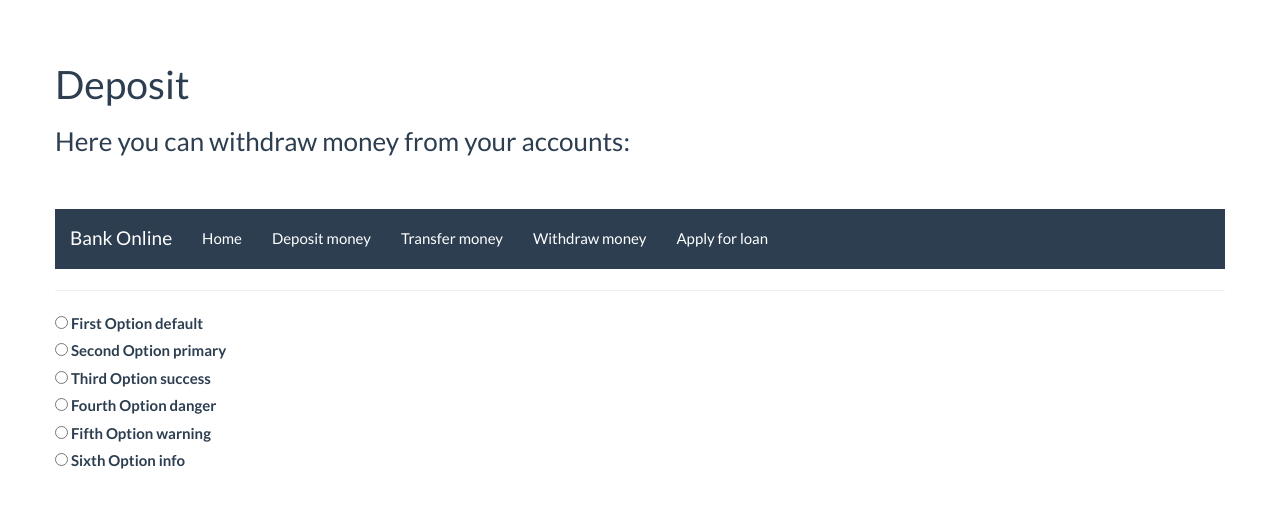
Repository: klitusas/SpringMVCBanking
Page: http://localhost/confirmation
The author's editor kept a copy of each file at every save. The page is drawn from the files as they stood at one save, then again after the next save.
The browser window is 1280 px wide. The pictures show the whole page.
The page is this project's Thymeleaf template; nobody is signed in. The template is opened directly, without the code that normally fills it, so the values that code supplies are empty.

Above is the page before, as saved 2017-03-01 20:08:51.

### banking/src/main/resources/templates/confirmation.html
<!DOCTYPE HTML>
<html xmlns:th="http://www.thymeleaf.org">
<head>
    <title>Bank Online</title>
    <meta http-equiv="Content-Type" content="text/html; charset=UTF-8" />

	<link rel="stylesheet" href="/bootstrap.min.css" media="screen"/>
</head>
<body>
	<div class="container">
      <div class="page-header" id="banner">
        <div class="row">
          <div>
			<h1>Deposit</h1>
			<h3>Here you can withdraw money from your accounts: </h3>
			<br/>
			<br/>
			<nav class="navbar navbar-default navbar-static-top">
 				 <div class="container">
			  			<div class="navbar-header">
					      <a class="navbar-brand" href="#">Bank Online</a>
					    </div>
					    <ul class="nav navbar-nav">
					      <li><a th:href="@{/accounts}">Home</a></li>
					      <li><a  th:href="@{/deposit}">Deposit money</a></li>
					      <li><a th:href="@{/transfer}">Transfer money</a></li>
					      <li><a th:href="@{/withdraw}">Withdraw money</a></li>
					      <li><a th:href="@{/loans}">Apply for loan</a></li>
					    </ul>
 				 </div>
			</nav>
				<hr/>
            <form class="form-horizontal" th:action="@{/loans}"  method="post" enctype="multipart/form-data" >
				    <div class="funkyradio">
				        <div class="funkyradio-default">
				            <input type="radio" name="radio" id="radio1" />
				            <label for="radio1">First Option default</label>
				        </div>
				        <div class="funkyradio-primary">
				            <input type="radio" name="radio" id="radio2"/>
				            <label for="radio2">Second Option primary</label>
				        </div>
				        <div class="funkyradio-success">
				            <input type="radio" name="radio" id="radio3" />
				            <label for="radio3">Third Option success</label>
				        </div>
				        <div class="funkyradio-danger">
				            <input type="radio" name="radio" id="radio4" />
				            <label for="radio4">Fourth Option danger</label>
				        </div>
				        <div class="funkyradio-warning">
				            <input type="radio" name="radio" id="radio5" />
				            <label for="radio5">Fifth Option warning</label>
				        </div>
				        <div class="funkyradio-info">
				            <input type="radio" name="radio" id="radio6" />
				            <label for="radio6">Sixth Option info</label>
				        </div>
				    </div>
            </form>
			</div>
		</div>
	</div>
</div>
</body>
</html>

Loaded but not shown: banking/src/main/resources/static/bootstrap.min.css (library)

After the next save:
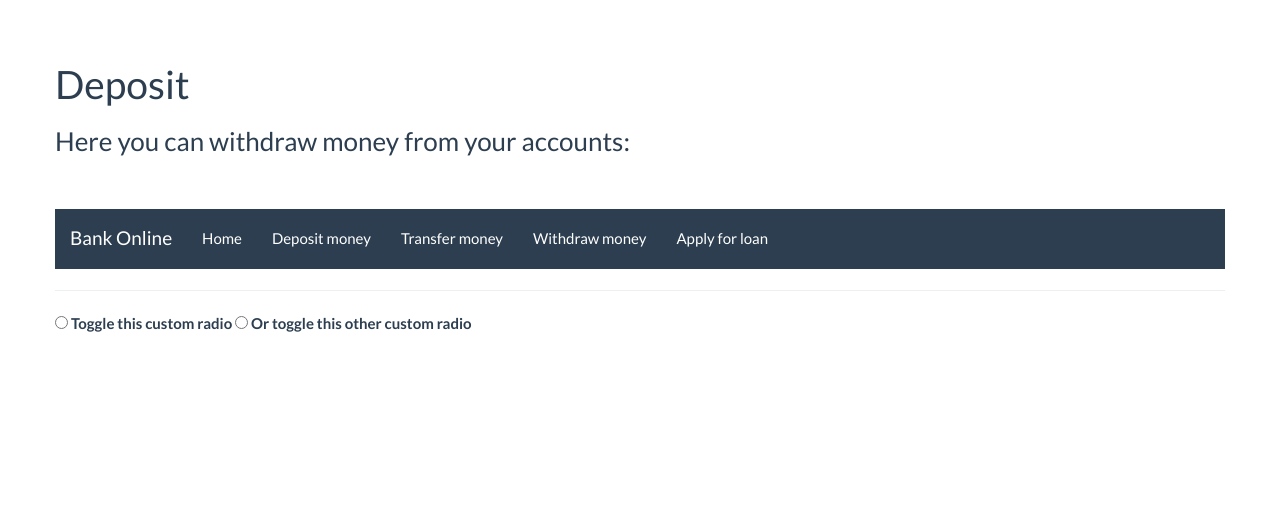
Saved 100 s later.
--- a/banking/src/main/resources/templates/confirmation.html
+++ b/banking/src/main/resources/templates/confirmation.html
@@ -31,32 +31,18 @@
 			</nav>
 				<hr/>
             <form class="form-horizontal" th:action="@{/loans}"  method="post" enctype="multipart/form-data" >
-				    <div class="funkyradio">
-				        <div class="funkyradio-default">
-				            <input type="radio" name="radio" id="radio1" />
-				            <label for="radio1">First Option default</label>
-				        </div>
-				        <div class="funkyradio-primary">
-				            <input type="radio" name="radio" id="radio2"/>
-				            <label for="radio2">Second Option primary</label>
-				        </div>
-				        <div class="funkyradio-success">
-				            <input type="radio" name="radio" id="radio3" />
-				            <label for="radio3">Third Option success</label>
-				        </div>
-				        <div class="funkyradio-danger">
-				            <input type="radio" name="radio" id="radio4" />
-				            <label for="radio4">Fourth Option danger</label>
-				        </div>
-				        <div class="funkyradio-warning">
-				            <input type="radio" name="radio" id="radio5" />
-				            <label for="radio5">Fifth Option warning</label>
-				        </div>
-				        <div class="funkyradio-info">
-				            <input type="radio" name="radio" id="radio6" />
-				            <label for="radio6">Sixth Option info</label>
-				        </div>
-				    </div>
+				<div class="custom-controls-stacked">
+				  <label class="custom-control custom-radio">
+				    <input id="radioStacked1" name="radio-stacked" type="radio" class="custom-control-input">
+				    <span class="custom-control-indicator"></span>
+				    <span class="custom-control-description">Toggle this custom radio</span>
+				  </label>
+				  <label class="custom-control custom-radio">
+				    <input id="radioStacked2" name="radio-stacked" type="radio" class="custom-control-input">
+				    <span class="custom-control-indicator"></span>
+				    <span class="custom-control-description">Or toggle this other custom radio</span>
+				  </label>
+				</div>
             </form>
 			</div>
 		</div>

After the 3 saves that followed:
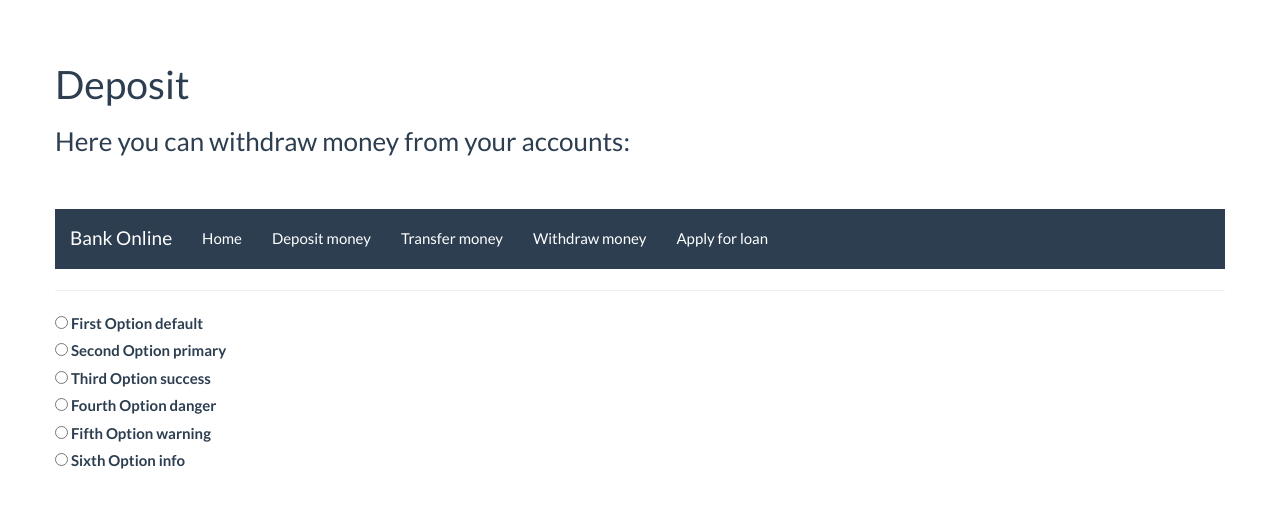
The 3 saves are shown as one change because 2 left the picture as it was.
The last was saved 94 s later.
--- a/banking/src/main/resources/templates/confirmation.html
+++ b/banking/src/main/resources/templates/confirmation.html
@@ -31,18 +31,32 @@
 			</nav>
 				<hr/>
             <form class="form-horizontal" th:action="@{/loans}"  method="post" enctype="multipart/form-data" >
-				<div class="custom-controls-stacked">
-				  <label class="custom-control custom-radio">
-				    <input id="radioStacked1" name="radio-stacked" type="radio" class="custom-control-input">
-				    <span class="custom-control-indicator"></span>
-				    <span class="custom-control-description">Toggle this custom radio</span>
-				  </label>
-				  <label class="custom-control custom-radio">
-				    <input id="radioStacked2" name="radio-stacked" type="radio" class="custom-control-input">
-				    <span class="custom-control-indicator"></span>
-				    <span class="custom-control-description">Or toggle this other custom radio</span>
-				  </label>
-				</div>
+				    <div class="funkyradio">
+				        <div class="funkyradio-default">
+				            <input type="radio" name="radio" id="radio1" />
+				            <label for="radio1">First Option default</label>
+				        </div>
+				        <div class="funkyradio-primary">
+				            <input type="radio" name="radio" id="radio2"/>
+				            <label for="radio2">Second Option primary</label>
+				        </div>
+				        <div class="funkyradio-success">
+				            <input type="radio" name="radio" id="radio3" />
+				            <label for="radio3">Third Option success</label>
+				        </div>
+				        <div class="funkyradio-danger">
+				            <input type="radio" name="radio" id="radio4" />
+				            <label for="radio4">Fourth Option danger</label>
+				        </div>
+				        <div class="funkyradio-warning">
+				            <input type="radio" name="radio" id="radio5" />
+				            <label for="radio5">Fifth Option warning</label>
+				        </div>
+				        <div class="funkyradio-info">
+				            <input type="radio" name="radio" id="radio6" />
+				            <label for="radio6">Sixth Option info</label>
+				        </div>
+				    </div>
             </form>
 			</div>
 		</div>
